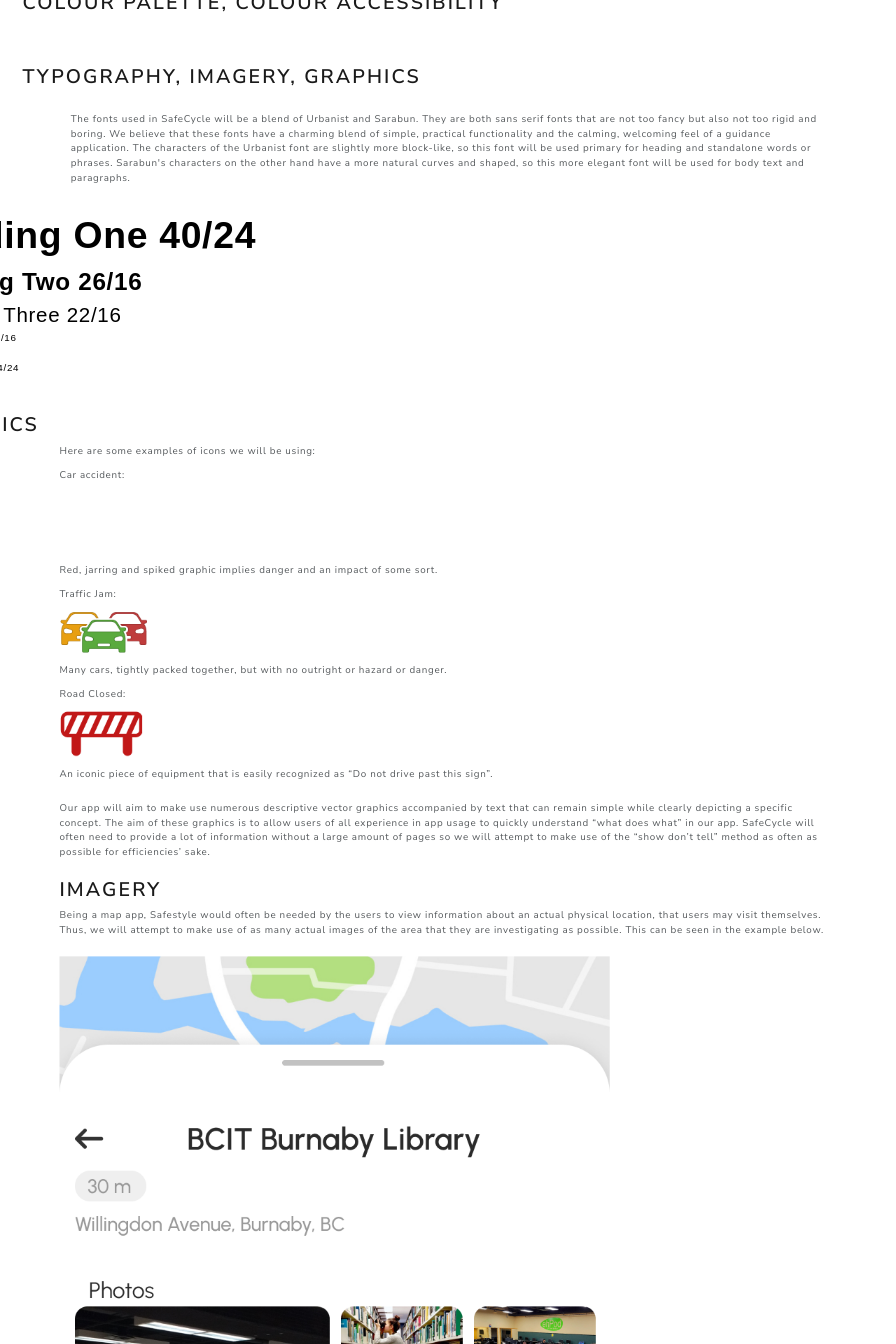
Repository: Aladdin3r/safecycle-styleguide
Page: /
An editor plug-in stored every save of this project. The page is shown before and after the next save, followed by the edit.
The browser window is 1280 px wide. The pictures show the part of the page from y = 2425 to 4345 px (the page is 5626 px tall), at 70% of full size.
The project was rebuilt for these pictures with package versions that can differ from the ones it lists, and the page was loaded fresh each time. The framework's server and built-in components were replaced by stand-ins that run in the browser. Also part of the build but not shown: next.config.mjs.

Above is the page before, as saved 2024-04-09 22:31:27.

### pages/_app.js
import "@/styles/globals.css";
import "@/styles/bootstrap.min.css";
import { useEffect } from "react";


export default function App({ Component, pageProps }) {

  useEffect(() => {
    require("bootstrap/dist/js/bootstrap.bundle.min.js");
  }, []);
  return <Component {...pageProps} />;
}

### pages/index.js
import Head from "next/head";
import styles from "@/styles/Home.module.css"

export default function Home() {

  return (
    <>
      <Head>
        <title>SafeCycle Styleguide</title>
        <meta name="description"
        content=
        "Created by Rawan Aladdin, Nea Pieroelie, Andrew Turitsa."
       />
        <meta name="viewport" content="width=device-width, initial-scale=1" />
        <link rel="icon" href="/favicon1.svg" />
      </Head>
      <nav class="navbar navbar-expand-lg bg-light sticky-top" data-bs-theme="light">
        <div class="container-fluid">
          <a class="navbar-brand" href="#">SafeCycle</a>
          <button class="navbar-toggler" type="button" data-bs-toggle="collapse" data-bs-target="#navbarColor03" aria-controls="navbarColor03" aria-expanded="false" aria-label="Toggle navigation">
            <span class="navbar-toggler-icon"></span>
          </button>
          <div class="collapse navbar-collapse" id="navbarColor03">
            <ul class="navbar-nav me-auto">
              <li class="nav-item">
                <a class="nav-link active" href="#">Home</a>
              </li>
              <li class="nav-item">
                <a class="nav-link" href="#logo">Logo</a>
              </li>
              <li class="nav-item">
                <a class="nav-link" href="#colours">Colours</a>
              </li>
              <li class="nav-item">
                <a class="nav-link" href="#types">Typography, Imagery, Graphics</a>
              </li>
              <li class="nav-item">
                <a class="nav-link" href="#refs">References</a>
              </li>
            </ul>
          </div>
        </div>
      </nav>
      <main>
      <div class="jumbotron">
        <h1 class="display-3 mt-5 pt-5">SafeCycle</h1>
        <p class="display-4 pb-5">Styleguide</p>
        <hr class="my-5"/>
        <p class="mb-5">Rawan Aladdin, Nea Pieroelie, Andrew Turitsa</p>
        <p class="lead mb-5">
          <a class="btn btn-primary btn-lg my-5" href="#logo" role="button">Start the guide</a>
        </p>
      </div>
      <div id="logo" class="p-4">
        <h2 class="p-2 mt-3">Logo Design</h2>
        <p class="p-3">
          Logo font choice: DIN condensed bold
          colours: #F0983F orange #911C12 red #AD5C0A pale orange
        </p>
        <div class="container">
          <div class="card-group">
              <div class="row">
                <div className="col-sm-4">
                  <div class="bg-primary card text-white mb-3" className={styles.card}>
                    <div class="card-body">
                      <h4 class="card-title">Full-colour logo</h4>
                      <img class="card-img-top" src="/fullcolourlogo.svg" alt="full-colour logo"></img>
                      <p class="card-text">Some quick example text to build on the card title and make up the bulk of the card's content. blah blah blah</p>
                    </div>
                  </div>
                </div>

                <div className="col-sm-4">
                  <div class="bg-primary card text-white mb-3" className={styles.card}>
                  <div class="card-body">
                    <h4 class="card-title">Black and white Logo</h4>
                    <img class="card-img-top" src="/blackandwhitelogo.svg" alt="black and white logo"></img>
                    <p class="card-text">Some quick example text to build on the card title and make up the bulk of the card's content.</p>
                  </div>
                  </div>
                </div>

                <div className="col-sm-4">
                  <div class="bg-primary card text-white mb-3" className={styles.card}>
                  <div class="card-body">
                    <h4 class="card-title">Greyscale Logo</h4>
                    <img class="card-img-top" src="/greyscalelogo.svg" alt="greyscale logo"></img>
                    <p class="card-text">Some quick example text to build on the card title and make up the bulk of the card's content.</p>
                  </div>
                  </div>
                </div>

              </div>

              <div class="row">
                <div className="col-sm-4">
                  <div class="bg-primary card text-white mb-3" className={styles.card}>
                    <div class="card-body">
                      <h4 class="card-title">Monochromatic logo</h4>
                      <img class="card-img-top" src="/monochromatic.svg" alt="Monochromatic logo"></img>
                      <p class="card-text">Some quick example text to build on the card title and make up the bulk of the card's content. blah blah blah</p>
                    </div>
                  </div>
                </div>

                <div className="col-sm-4">
                  <div class="bg-primary card text-white mb-3" className={styles.card}>
                  <div class="card-body">
                    <h4 class="card-title">Horizontal version of full-colour Logo</h4>
                    <img class="card-img-top" src="/horizontalfullcolour.svg" alt="horizontal full colour logo"></img>
                    <p class="card-text">Some quick example text to build on the card title and make up the bulk of the card's content.</p>
                  </div>
                  </div>

              </div>

              <div className="col-sm-4">
                <div class="bg-primary card  text-white mb-3" className={styles.card}>
                <div class="card-body">
                  <h4 class="card-title">Stacked/vertical version of full-colour Logo</h4>
                  <img class="card-img-top" src="/verticalfullcolour.svg" alt="stacked/vertical colour logo"></img>
                  <p class="card-text">Some quick example text to build on the card title and make up the bulk of the card's content.</p>
                </div>
                </div>
              </div>
            </div>
            <div class="row">
                <div className="col-sm-4">
                  <div class="bg-primary card text-white mb-3" className={styles.card}>
                    <div class="card-body z-3">
                      <h4 class="card-title">16x16px Favicon</h4>
                      <img class="card-img-top" src="/favicon1.svg" alt="xs favicon"></img>
                      <p class="card-text">Some quick example text to build on the card title and make up the bulk of the card's content. blah blah blah</p>
                    </div>
                  </div>
                </div>

                <div className="col-sm-4">
                  <div class="bg-primary card  text-white mb-3" className={styles.card}>
                  <div class="card-body">
                    <h4 class="card-title">32x32px Favicon</h4>
                    <img class="card-img-top" src="/favicon2.svg" alt="small favicon"></img>
                    <p class="card-text">Some quick example text to build on the card title and make up the bulk of the card's content.</p>
                  </div>
                  </div>

              </div>

              <div className="col-sm-4">
                <div class="bg-primary card text-white mb-3" className={styles.card}>
                <div class="card-body">
                  <h4 class="card-title">48x48px Favicon</h4>
                  <img class="card-img-top" src="/favicon3.svg" alt="normal favicon"></img>
                  <p class="card-text">Some quick example text to build on the card title and make up the bulk of the card's content.</p>
                </div>
                </div>
              </div>
            </div>
          </div>
        </div>
      </div>
      <div id="colours" class="p-4">
        <h2 class="p-2">Colour Palette, Colour Accessibility</h2>
        <div class="container">

        </div>
      </div>
      <div id="types" class="p-4">
        <h2 class="p-2">Typography, Imagery, Graphics</h2>
        <div class="container">
        <p className={styles.typo_desc} class="p-3">
        The fonts used in SafeCycle will be a blend of Urbanist and Sarabun. They are both sans serif fonts that are not too fancy but also not too rigid and boring. We believe that these fonts have a charming blend of simple, practical functionality and the calming, welcoming feel of a guidance application.  The characters of the Urbanist font are slightly more block-like, so this font will be used primary for heading and standalone words or phrases. Sarabun's characters on the other hand have a more natural curves and shaped, so this more elegant font will be used for body text and paragraphs.
        </p>
        <div className={styles.h1Typo}>Heading One 40/24</div>
        <div className={styles.h2Typo}>Heading Two 26/16</div>
        <div className={styles.h3Typo}>Heading Three 22/16</div>
        <div className={styles.h4Typo}>Heading Four 20/16</div>
        <div className={styles.BodyTypo}>Body 14/24</div>
        <div className={styles.ButtonMetaTypo}>Button + Meta 14/24</div>
        <h2 className={styles.graphicTitle}>GRAPHICS</h2>
        <div>Here are some examples of icons we will be using:</div>
        <div className={styles.graphicName}>Car accident:</div>
        <img className={styles.carCrash} src="/carCrash.png" alt="Car Accident"></img>
        <div className={styles.graphicDesc}>Red, jarring and spiked graphic implies danger and an impact of some sort.</div>
        <div className={styles.graphicName}>Traffic Jam:</div>
        <img className={styles.traffic} src="/traffic.png" alt="Traffic"></img>
        <div className={styles.graphicDesc}>Many cars, tightly packed together, but with no outright or hazard or danger.</div>
        <div className={styles.graphicName}>Road Closed:</div>
        <img className={styles.RoadClosed} src="/RoadClosed.png" alt="Raod Closed"></img>
        <div className={styles.graphicDesc}>An iconic piece of equipment that is easily recognized as “Do not drive past this sign”.</div>
        <div className={styles.graphicExpl}>Our app will aim to make use numerous descriptive vector graphics accompanied by text that can remain simple while clearly depicting a specific concept. The aim of these graphics is to allow users of all experience in app usage to quickly understand “what does what” in our app. SafeCycle will often need to provide a lot of information without a large amount of pages so we will attempt to make use of the “show don’t tell” method as often as possible for efficiencies’ sake.</div>
        <h2>IMAGERY</h2>
        <div>Being a map app, Safestyle would often be needed by the users to view information about an actual physical location, that users may visit themselves. Thus, we will attempt to make use of as many actual images of the area that they are investigating as possible. This can be seen in the example below.</div>
        <img className={styles.locationPage} src="/locationPage.png" alt="Location Page"></img>


        </div>
        </div>
      <div id="refs" class="p-4">
        <h2 class="p-2">References</h2>
        <div class="container">

        </div>
      </div>
      </main>
    </>
  );
}

### styles/Home.module.css
.main {
  display: flex;
  flex-direction: column;
  justify-content: space-between;
  align-items: center;
  padding: 6rem;
  min-height: 100vh;
}
.card{
  max-width: 30em;
}

.typo_desc{
  margin-left: -14.5em;

}
.h1Typo {
  font-family: "Urbanist", sans-serif;
  font-style: bold;
  font-size: 40pt;
  font-weight: 900;
  color: black;
  margin-left: -4em;
}
.h2Typo {
  font-family: "Urbanist", sans-serif;
  font-style: bold;
  font-size: 26pt;
  font-weight: 600;
  color: black;
  margin-left: -6em;
}
.h3Typo {
  font-family: "Urbanist", sans-serif;
  font-style: bold;
  font-size: 22pt;
  font-weight: 500;
  color: black;
  margin-left: -7em;
}
.h4Typo {
  font-family: "Urbanist", sans-serif;
  font-style: bold;
  font-size: 20;
  font-weight: 500;
  color: black;
  margin-left: -14.5em;
}

.BodyTypo {
  font-family: "Sarabun", sans-serif;
  font-weight:500;
  font-style: normal;
  color: black;
  font-size: 18;
  margin-left: -14.5em;
}
.ButtonMetaTypo {
  font-family: "Sarabun", sans-serif;
  font-weight:500;
  font-style: normal;
  color: black;
  font-size: 18;
  margin-left: -14.5em;
}
.graphicTitle{
  margin-top: 2em;
  margin-left: -7em;
}
.carCrash{
  margin-top: 1em;
  margin-left: -14em;
}

.graphicDesc{
  margin-top: 1em;
}

.graphicName{
  margin-top: 1em;
}

.graphicExpl{
  margin-top: 2em;
  margin-bottom: 2em;
}

.traffic{
  margin-top: 1em;
}

.RoadClosed{
  margin-top: 1em;
}

.locationPage{
  margin-top: 2em;
}

Loaded but not shown: pages/_document.js (common file); styles/globals.css (common file); styles/bootstrap.min.css (library)

After the next save:
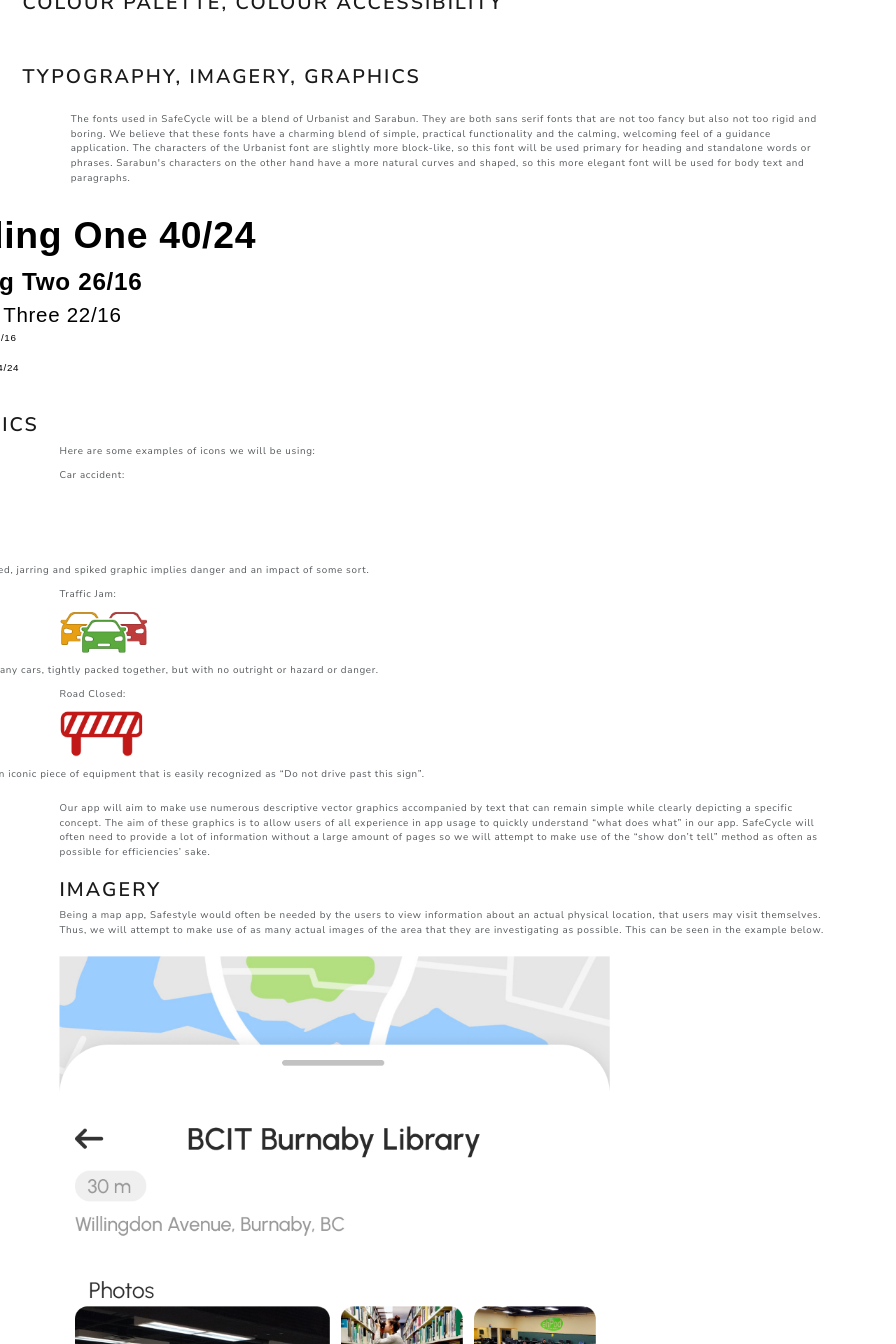
Saved 10 s later.
--- a/styles/Home.module.css
+++ b/styles/Home.module.css
@@ -74,6 +74,7 @@
 
 .graphicDesc{
   margin-top: 1em;
+  margin-left: -7em;
 }
 
 .graphicName{
